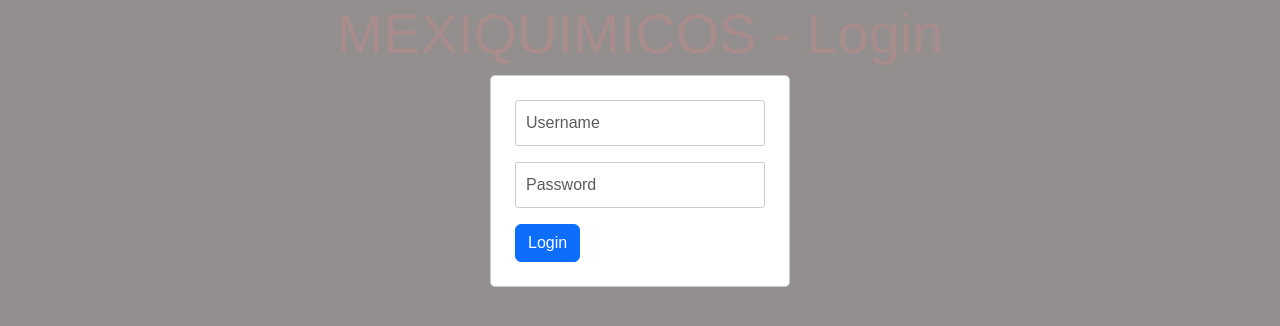
Repository: iDiv3r/MexiQuimicosIsay
Page: Index.html
These files come from the project's save history. The page is drawn as it stood at one moment and after the next save; the edit follows.
The browser window is 1280 px wide. The pictures show the whole page.

Above is the page before, as saved 2023-11-24 23:54:46.

### Index.html
<!DOCTYPE html>
<html lang="es">
<head>
  <meta charset="UTF-8">
  <title>MEXIQUIMICO</title>
  <link rel="stylesheet" href="https://cdn.jsdelivr.net/npm/bootstrap@5.3.0/dist/css/bootstrap.min.css">
  <style>
    body {
      background-color: #6f6a6abe;
      font-family: Arial, sans-serif;
    }

    h1 {
      text-align: center;
      color: #a98c8c;
    }

    form {
      max-width: 300px;
      margin: 0 auto;
      padding: 20px;
      background-color: #fff;
      border: 1px solid #ccc;
      border-radius: 5px;
    }

    input[type="text"],
    input[type="password"] {
      width: 100%;
      padding: 10px;
      margin-bottom: 10px;
      border: 1px solid #ccc;
      border-radius: 3px;
    }

    input[type="submit"] {
      width: 100%;
      padding: 10px;
      background-color: #333;
      color: #fff;
      border: none;
      border-radius: 3px;
      cursor: pointer;
    }

    input[type="submit"]:hover {
      background-color: #555;
    }
  </style> <!-- Aquí se corrigió el cierre del bloque de estilos -->
</head>
<body>
  <h1 class="display-4 text-align-absolute color:black">MEXIQUIMICOS - Login</h1>
  <form class="p-4">
    <div class="mb-3">
      <input type="text" class="form-control" placeholder="Username" required>
    </div>
    <div class="mb-3">
      <input type="password" class="form-control" placeholder="Password" required>
    </div>
    <button type="submit" class="btn btn-primary">Login</button>
  </form>
</body>
</html>

After the next save:
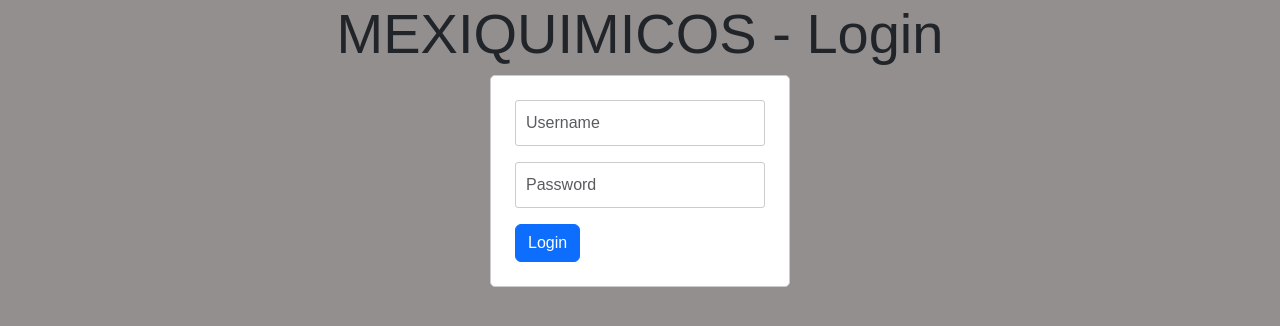
Saved 41 s later.
--- a/Index.html
+++ b/Index.html
@@ -49,7 +49,7 @@
   </style> <!-- Aquí se corrigió el cierre del bloque de estilos -->
 </head>
 <body>
-  <h1 class="display-4 text-align-absolute color:black">MEXIQUIMICOS - Login</h1>
+  <h1 class="display-4 text-align-absolute text-dark">MEXIQUIMICOS - Login</h1>
   <form class="p-4">
     <div class="mb-3">
       <input type="text" class="form-control" placeholder="Username" required>
